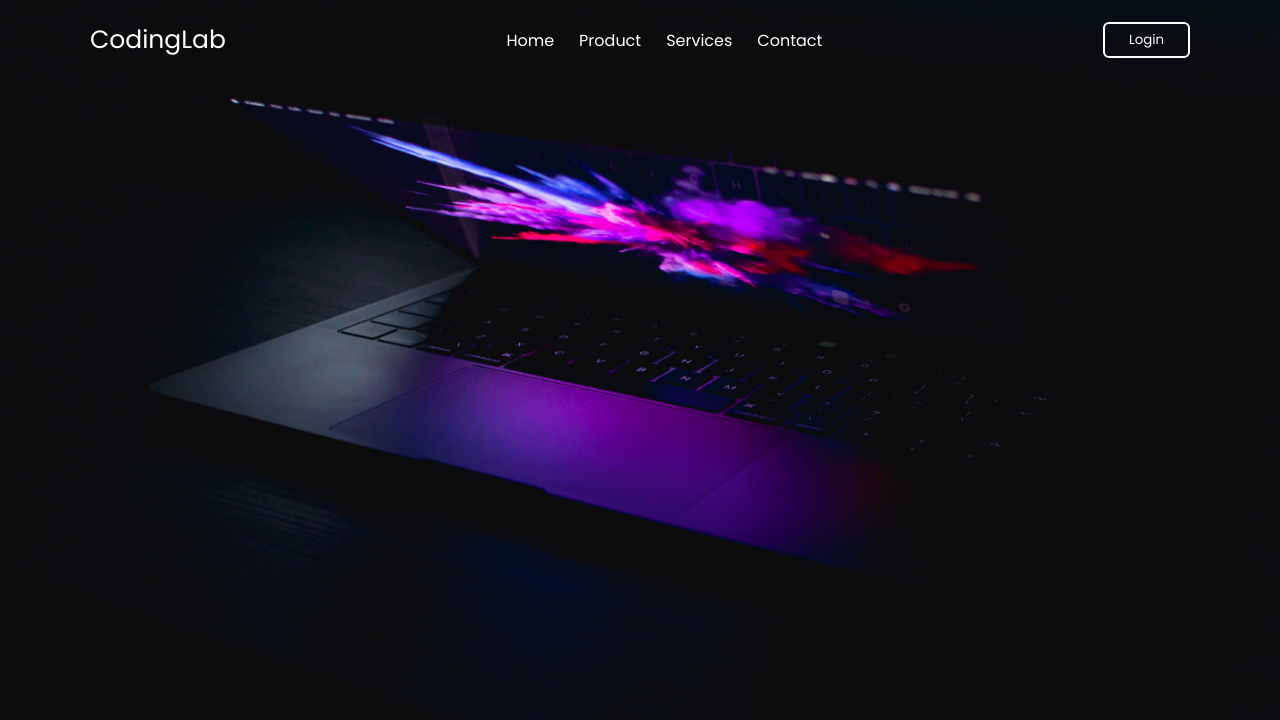
Repository: Buddhadip/ExamPortalApp_struts
Page: http://localhost/ExamWizard/
An editor plug-in stored every save of this project. The page is shown before and after the next save, followed by the edit.
The browser window is 1280 px wide. The pictures show the whole page.
Some icons come from a web library that is not loaded, so they are not drawn. The page is served by Tomcat 9. Other server files are loaded and not shown.

Above is the page before, as saved 2023-07-13 10:04:30.

### ExamWizard/src/main/webapp/WEB-INF/views/index.jsp
<%@ page language="java" contentType="text/html; charset=ISO-8859-1"
    pageEncoding="ISO-8859-1"%>
<!DOCTYPE html>
<html>
<head>
	<meta charset="ISO-8859-1">
	<meta http-equiv="X-UA-Compatible" content="IE=edge" />
    <meta name="viewport" content="width=device-width, initial-scale=1.0" />
    <title>ExamWizard</title>
    <link rel="stylesheet" href="public/styles/index.css" />
    <!-- Unicons -->
    <link rel="stylesheet" href="https://unicons.iconscout.com/release/v4.0.0/css/line.css" />

</head>
<body>
	 <!-- Header -->
    <header class="header">
      <nav class="nav">
        <a href="#" class="nav_logo">CodingLab</a>

        <ul class="nav_items">
          <li class="nav_item">
            <a href="#" class="nav_link">Home</a>
            <a href="#" class="nav_link">Product</a>
            <a href="#" class="nav_link">Services</a>
            <a href="#" class="nav_link">Contact</a>
          </li>
        </ul>

        <button class="button" id="form-open">Login</button>
      </nav>
    </header>

    <!-- Home -->
    <section class="home">
      <div class="form_container">
        <i class="uil uil-times form_close"></i>
        <!-- Login From -->
        <div class="form login_form">
          <form id ="loginForm" action="login.do" method="post">
            <h2>Login</h2>

            <div class="input_box">
              <input type="email" id="email" name="email" placeholder="Enter your email" required />
              <i class="uil uil-envelope-alt email"></i>
            </div>
            <div class="input_box">
              <input type="password" id="uroll" name="uroll" placeholder="Enter your password" required />
              <i class="uil uil-lock password"></i>
              <i class="uil uil-eye-slash pw_hide"></i>
            </div>

		 <!-- <div class="option_field">
              <span class="checkbox">
                <input type="checkbox" id="check" />
                <label for="check">Remember me</label>
              </span>
              <a href="#" class="forgot_pw">Forgot password?</a>
            </div>
          -->

            <button class="button" type="submit" >Login Now</button>

            <div class="login_signup">Don't have an account? <a href="#" id="signup">Signup</a></div>
          </form>
        </div>

        <!-- Signup From -->
        <div class="form signup_form">
          <form id="signupForm" action="signup.do" method="post">
            <h2>Signup</h2>

			<div class="input_box">
              <input type="text"  id="uname" name="uname" placeholder="Enter your name" required />
              <i class="uil uil-envelope-alt name"></i>
            </div>
            <div class="input_box">
              <input type="email"  id="email" name="email" placeholder="Enter your email" required />
              <i class="uil uil-envelope-alt email"></i>
            </div>
            <div class="input_box">
              <input type="text" id="uroll" name="uroll" placeholder="Enter RollNo." required />
              <i class="uil uil-user uroll_icon"></i>
            </div>
            <div class="input_box">
              <input type="date" id="dob" name="dob" placeholder="Enter your date of birth" required />
            <i class="uil uil-calendar-alt date"></i>
            </div>

            <button class="button">Signup Now</button>

            <div class="login_signup">Already have an account? <a href="#" id="login">Login</a></div>
          </form>
        </div>
      </div>
    </section>

    <script src="public\js\index.js"></script>
</body>
</html>

### ExamWizard/src/main/webapp/public/styles/index.css
/* Import Google font - Poppins */
@import url("https://fonts.googleapis.com/css2?family=Poppins:wght@200;300;400;500;600;700&display=swap");
* {
  margin: 0;
  padding: 0;
  box-sizing: border-box;
  font-family: "Poppins", sans-serif;
}
a {
  text-decoration: none;
}
.header {
  position: fixed;
  height: 80px;
  width: 100%;
  z-index: 100;
  padding: 0 20px;
}
.nav {
  max-width: 1100px;
  width: 100%;
  margin: 0 auto;
}
.nav,
.nav_item {
  display: flex;
  height: 100%;
  align-items: center;
  justify-content: space-between;
}
.nav_logo,
.nav_link,
.button {
  color: #fff;
}
.nav_logo {
  font-size: 25px;
}
.nav_item {
  column-gap: 25px;
}
.nav_link:hover {
  color: #d9d9d9;
}
.button {
  padding: 6px 24px;
  border: 2px solid #fff;
  background: transparent;
  border-radius: 6px;
  cursor: pointer;
}
.button:active {
  transform: scale(0.98);
}

/* Home */
.home {
  position: relative;
  height: 100vh;
  width: 100%;
  background-image: url("bg_img.jpg");
  background-size: cover;
  background-position: center;
}
.home::before {
  content: "";
  position: absolute;
  height: 100%;
  width: 100%;
  background-color: rgba(0, 0, 0, 0.6);
  z-index: 100;
  opacity: 0;
  pointer-events: none;
  transition: all 0.5s ease-out;
}
.home.show::before {
  opacity: 1;
  pointer-events: auto;
}
/* Form */
.form_container {
  position: fixed;
  max-width: 320px;
  width: 100%;
  top: 50%;
  left: 50%;
  transform: translate(-50%, -50%) scale(1.2);
  z-index: 101;
  background: #fff;
  padding: 25px;
  border-radius: 12px;
  box-shadow: rgba(0, 0, 0, 0.1);
  opacity: 0;
  pointer-events: none;
  transition: all 0.4s ease-out;
}
.home.show .form_container {
  opacity: 1;
  pointer-events: auto;
  transform: translate(-50%, -50%) scale(1);
}
.signup_form {
  display: none;
}
.form_container.active .signup_form {
  display: block;
}
.form_container.active .login_form {
  display: none;
}
.form_close {
  position: absolute;
  top: 10px;
  right: 20px;
  color: #0b0217;
  font-size: 22px;
  opacity: 0.7;
  cursor: pointer;
}
.form_container h2 {
  font-size: 22px;
  color: #0b0217;
  text-align: center;
}
.input_box {
  position: relative;
  margin-top: 30px;
  width: 100%;
  height: 40px;
}
.input_box input {
  height: 100%;
  width: 100%;
  border: none;
  outline: none;
  padding: 0 30px;
  color: #333;
  transition: all 0.2s ease;
  border-bottom: 1.5px solid #aaaaaa;
}
.input_box input:focus {
  border-color: #7d2ae8;
}
.input_box i {
  position: absolute;
  top: 50%;
  transform: translateY(-50%);
  font-size: 20px;
  color: #707070;
}
/* .input_box i.email,
.input_box i.uroll_icon,
.input_box i.password {
  left: 0;
} */

.input_box i.email,.input_box i.name, .input_box i.date, .input_box i.password {
    left: 0;
}
.input_box i.uroll_icon{
	left:0;
}
.input_box input:focus ~ i.email,
.input_box input:focus ~ i.uroll_icon,
.input_box input:focus ~ i.password {
  color: #7d2ae8;
}
.input_box i.pw_hide {
  right: 0;
  font-size: 18px;
  cursor: pointer;
}
.option_field {
  margin-top: 14px;
  display: flex;
  align-items: center;
  justify-content: space-between;
}
.form_container a {
  color: #7d2ae8;
  font-size: 12px;
}
.form_container a:hover {
  text-decoration: underline;
}
.checkbox {
  display: flex;
  column-gap: 8px;
  white-space: nowrap;
}
.checkbox input {
  accent-color: #7d2ae8;
}
.checkbox label {
  font-size: 12px;
  cursor: pointer;
  user-select: none;
  color: #0b0217;
}
.form_container .button {
  background: #7d2ae8;
  margin-top: 30px;
  width: 100%;
  padding: 10px 0;
  border-radius: 10px;
}
.login_signup {
  font-size: 12px;
  text-align: center;
  margin-top: 15px;
}

### ExamWizard/src/main/webapp/public/js/index.js
const formOpenBtn = document.querySelector("#form-open"),
	home = document.querySelector(".home"),
	formContainer = document.querySelector(".form_container"),
	formCloseBtn = document.querySelector(".form_close"),
	signupBtn = document.querySelector("#signup"),
	loginBtn = document.querySelector("#login"),
	pwShowHide = document.querySelectorAll(".pw_hide");

	formOpenBtn.addEventListener("click", () => home.classList.add("show"));
	formCloseBtn.addEventListener("click", () => home.classList.remove("show"));

	pwShowHide.forEach((icon) => {
		icon.addEventListener("click", () => {
			let getPwInput = icon.parentElement.querySelector("input");
			if (getPwInput.type === "password") {
				getPwInput.type = "text";
				icon.classList.replace("uil-eye-slash", "uil-eye");
			} else {
				getPwInput.type = "password";
				icon.classList.replace("uil-eye", "uil-eye-slash");
			}
	});
});

	signupBtn.addEventListener("click", (e) => {
		e.preventDefault();
		formContainer.classList.add("active");
	});
	loginBtn.addEventListener("click", (e) => {
		e.preventDefault();
		formContainer.classList.remove("active");
	});

After the next save:
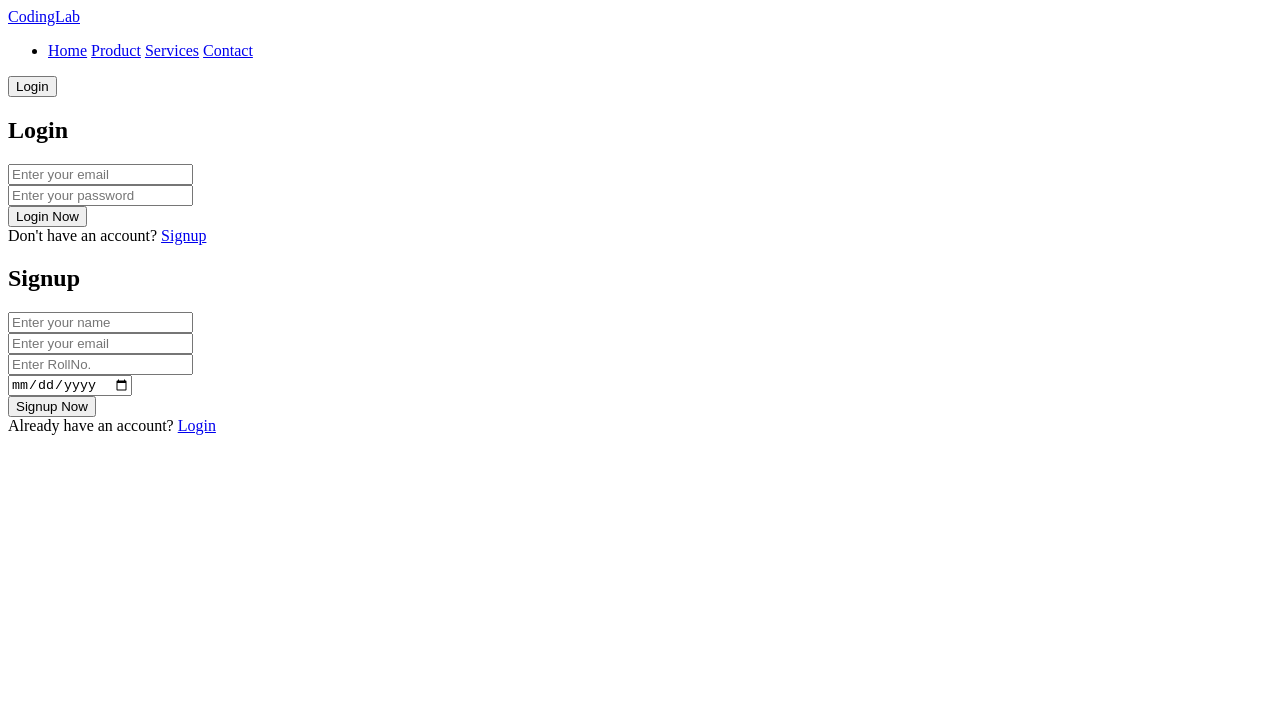
Saved 3 min 56 s later.
--- a/ExamWizard/src/main/webapp/WEB-INF/views/index.jsp
+++ b/ExamWizard/src/main/webapp/WEB-INF/views/index.jsp
@@ -7,7 +7,7 @@
 	<meta http-equiv="X-UA-Compatible" content="IE=edge" />
     <meta name="viewport" content="width=device-width, initial-scale=1.0" />
     <title>ExamWizard</title>
-    <link rel="stylesheet" href="public/styles/index.css" />
+
     <!-- Unicons -->
     <link rel="stylesheet" href="https://unicons.iconscout.com/release/v4.0.0/css/line.css" />
 

After the 2 saves that followed:
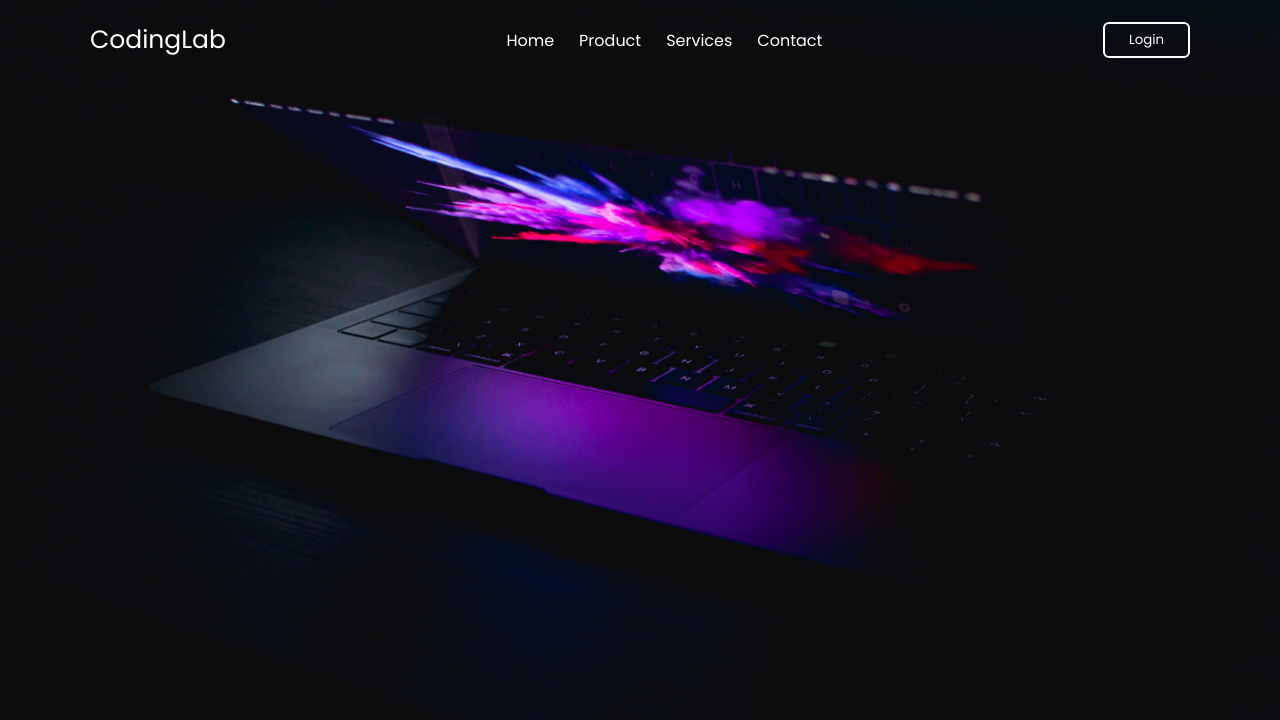
The 2 saves are shown as one change because 1 left the picture as it was.
The last was saved 32 s later.
--- a/ExamWizard/src/main/webapp/WEB-INF/views/index.jsp
+++ b/ExamWizard/src/main/webapp/WEB-INF/views/index.jsp
@@ -7,7 +7,7 @@
 	<meta http-equiv="X-UA-Compatible" content="IE=edge" />
     <meta name="viewport" content="width=device-width, initial-scale=1.0" />
     <title>ExamWizard</title>
-
+    <link rel="stylesheet" href="public/styles/index.css" />
     <!-- Unicons -->
     <link rel="stylesheet" href="https://unicons.iconscout.com/release/v4.0.0/css/line.css" />
 
